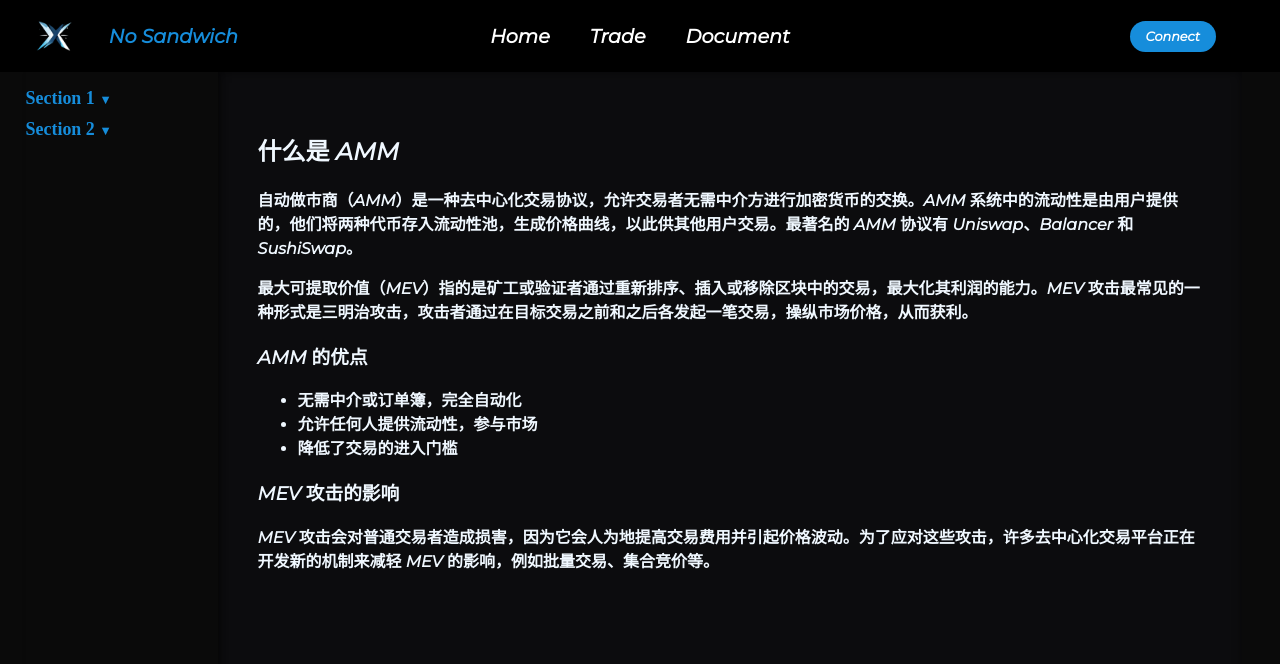
Repository: TreapGoGo/hackathon-2024-10-13
Page: /document/section/1/1 (app in Web/NoSandwichSwapPair_Web/)
An editor plug-in stored every save of this project. The page is shown before and after the next save, followed by the edit.
The browser window is 1280 px wide. The pictures show the whole page.
An inner scrolling area shows only its first screen. The project was rebuilt for these pictures with package versions that can differ from the ones it lists, and the page was loaded fresh each time. Also part of the build but not shown: Web/NoSandwichSwapPair_Web/vite.config.js, Web/NoSandwichSwapPair_Web/src/components/documents/Subsection1_2.vue, Web/NoSandwichSwapPair_Web/src/components/documents/Subsection2_1.vue, Web/NoSandwichSwapPair_Web/src/components/documents/Subsection2_2.vue.

Above is the page before, as saved 2024-10-19 00:23:43.

After the next save:
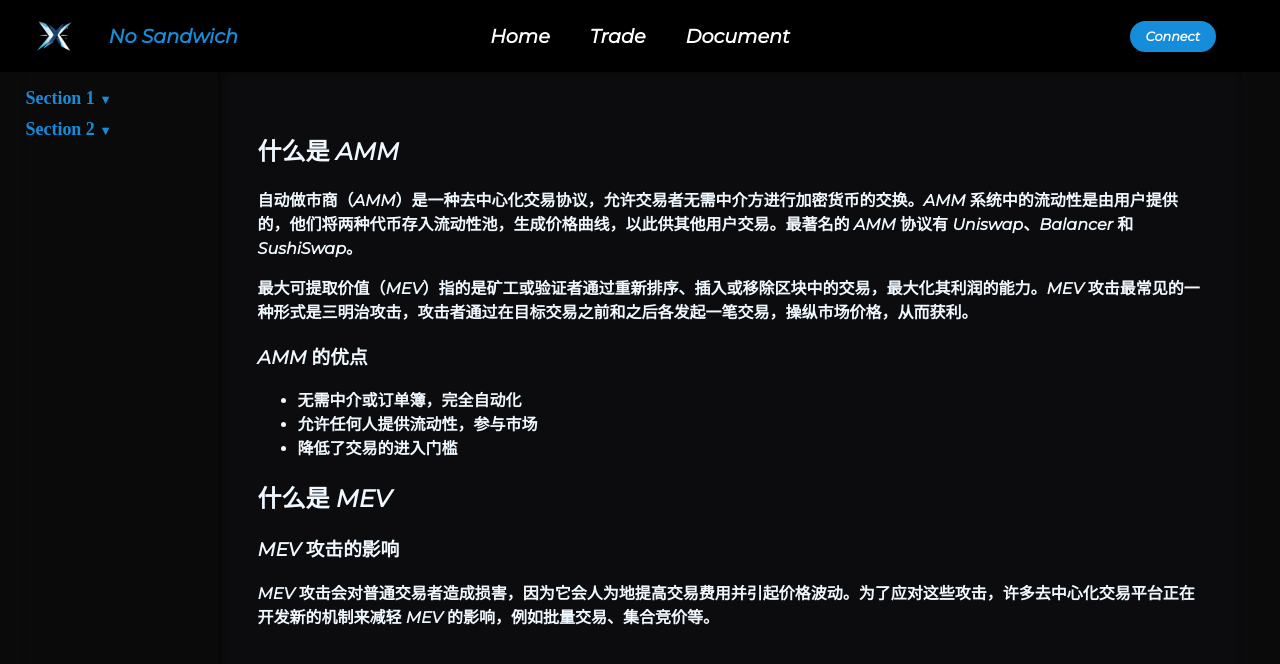
Saved 12 s later.
--- a/Web/NoSandwichSwapPair_Web/src/components/documents/Subsection1_1.vue
+++ b/Web/NoSandwichSwapPair_Web/src/components/documents/Subsection1_1.vue
@@ -11,7 +11,7 @@
       <li>允许任何人提供流动性，参与市场</li>
       <li>降低了交易的进入门槛</li>
     </ul>
-
+    <h2>什么是 MEV </h2>
     <h3>MEV 攻击的影响</h3>
     <p>MEV 攻击会对普通交易者造成损害，因为它会人为地提高交易费用并引起价格波动。为了应对这些攻击，许多去中心化交易平台正在开发新的机制来减轻 MEV 的影响，例如批量交易、集合竞价等。</p>
   </div>
